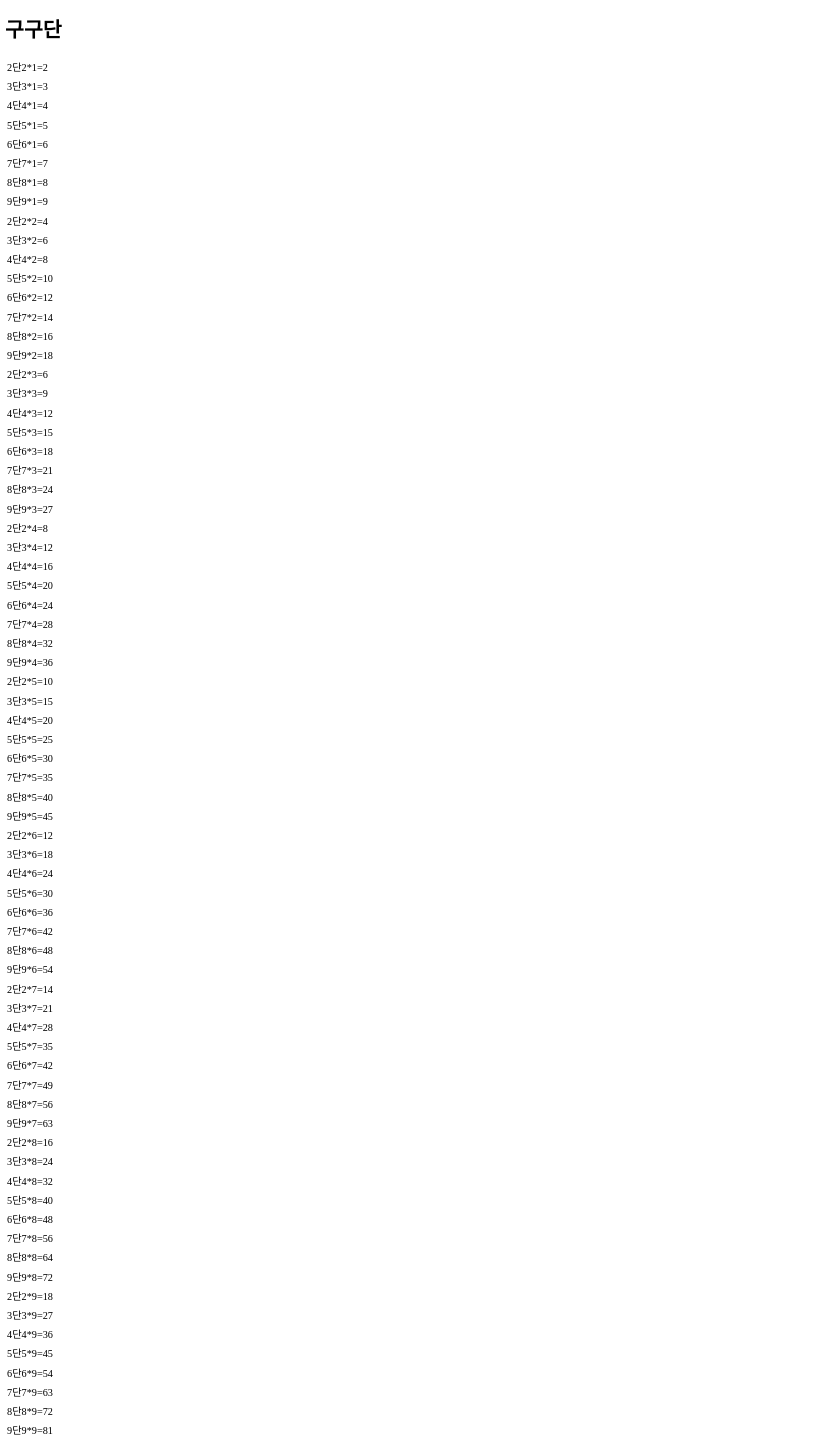
Repository: hwa3845/fullstackjava
Page: http://localhost/web02/ex04.jsp
An editor plug-in stored every save of this project. The page is shown before and after the next save, followed by the edit.
The browser window is 1280 px wide. The pictures show the whole page, at 64% of full size.
The page is served by Tomcat 9.

Above is the page before, as saved 2025-04-15 02:27:44.

After the next save:
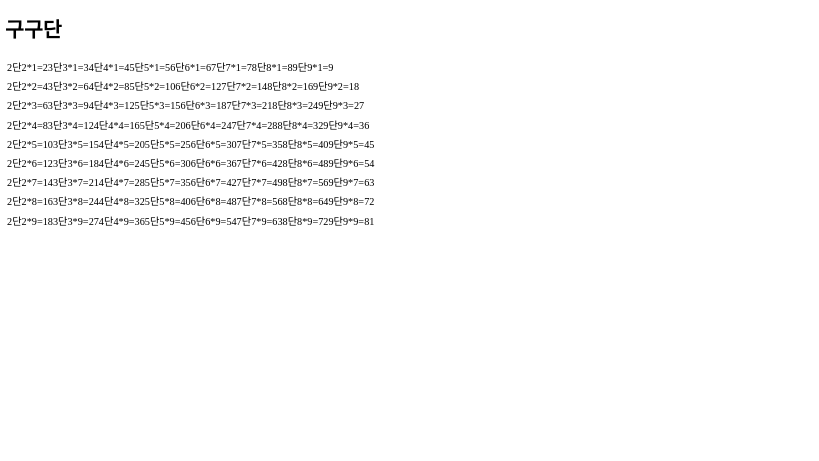
Saved 108 s later.
--- a/webWorkspace/web02/WebContent/ex04.jsp
+++ b/webWorkspace/web02/WebContent/ex04.jsp
@@ -10,15 +10,16 @@
 <%
 out.print("<h1>구구단</h1>");
 for(int i=1; i<10; i++){
-	for(int j=2; j<10; j++){
 %>
 <table>
 <tbody>
 <tr>
 <td>
 <%
+	for(int j=2; j<10; j++){
 out.print(j+"단");
 out.print(j+"*"+i+"="+j*i);
+	}
 %>
 </td>
 
@@ -26,7 +27,6 @@ out.print(j+"*"+i+"="+j*i);
 </tbody>
 </table>
 <%
-	}
 }
 %>
 </body>
